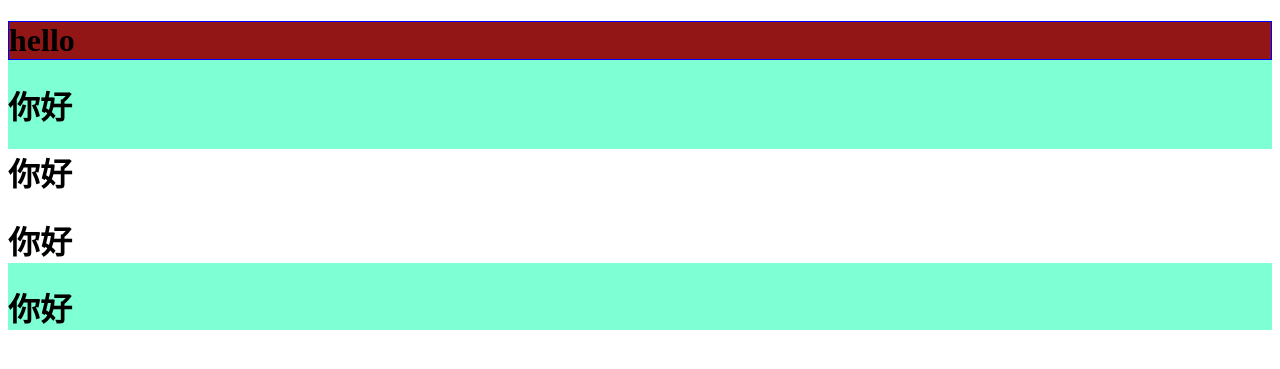
Repository: Lixianlai-2/The-journey-of-learning-Vue
Page: / (app in afterVueCli/Vue_Test/)
These files come from the project's save history. The page is drawn as it stood at one moment and after the next save; the edit follows.
The browser window is 1280 px wide. The pictures show the whole page.
The project was rebuilt for these pictures with package versions that can differ from the ones it lists, and the page was loaded fresh each time.

Above is the page before, as saved 2022-04-14 16:22:39.

After the next save:
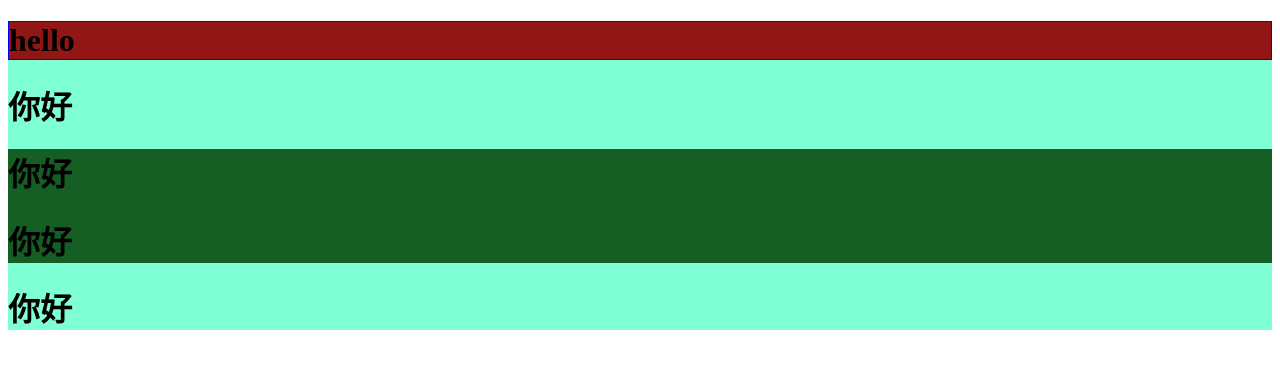
Saved 9 s later.
--- a/afterVueCli/Vue_Test/src/components/myList.vue
+++ b/afterVueCli/Vue_Test/src/components/myList.vue
@@ -18,6 +18,6 @@ export default {
 
 <style scoped>
 .items {
-  background-color: #fff;
+  background-color: rgb(21, 95, 37);
 }
 </style>
